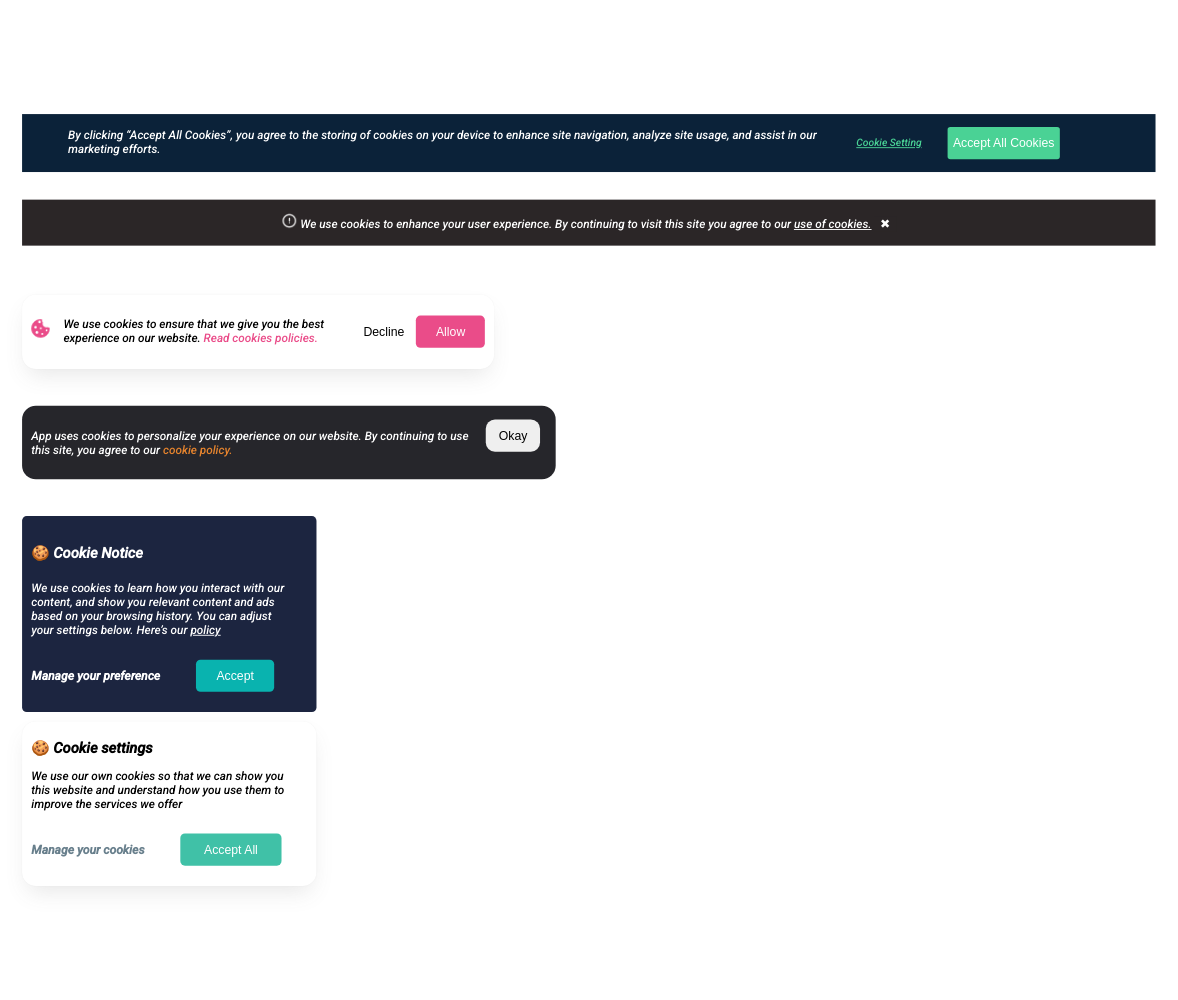
Repository: batonAnton/cursor_cookies_lectr3
Page: index.html
An editor plug-in stored every save of this project. The page is shown before and after the next save, followed by the edit.
The browser window is 1280 px wide. The pictures show the whole page, at 92% of full size.

Above is the page before, as saved 2022-06-01 14:35:02.

### index.html
<!DOCTYPE html>
<html lang="en">
<head>
    <meta charset="UTF-8">
    <meta http-equiv="X-UA-Compatible" content="IE=edge">
    <meta name="viewport" content="width=device-width, initial-scale=1.0">
    <link rel="preconnect" href="https://fonts.googleapis.com">
    <link rel="preconnect" href="https://fonts.gstatic.com" crossorigin>
    <link href="https://fonts.googleapis.com/css2?family=Roboto:ital,wght@1,500&display=swap" rel="stylesheet">
    <link rel="stylesheet" href="/css/style.css">
    <title>Cookie Banner</title>
</head>
<body>
    <div class="container">
        <div class="banner_1">
            <p>By clicking “Accept All Cookies”, you agree to the storing of cookies on your device to enhance site navigation, analyze site usage, and assist in our <br> marketing efforts.</p>
            <a href="#">cookie setting</a>
            <button>accept all cookies</button>
        </div>

        <div class="banner_2">
            <p> <img src="/images/exclamation mark.png" alt="mark"> We use cookies to enhance your user experience. By continuing to visit this site you agree to our <span class="under_span">use of cookies.</span>
                <button><span>&#10006</span></button>
            </div></p>
        </div>

        <div class="banner_3">
            <img src="/images/pink_cookies.png" alt="img cookies">
            <p>We use cookies to ensure that we give you the best <br> experience on our website. <a href="#">Read cookies policies.</a> </p>
            <button class="false_btn">decline</button>
            <button class="true_btn">allow</button>
        </div>

        <div class="banner_4">
            <p>App uses cookies to personalize your experience on our website. By continuing to use <br> this site, you agree to our  <a href="#">cookie policy.</a></p>
            <button>okay</button>
        </div>

        <div class="banner_5">
            <h4>🍪 Cookie Notice</h4>
            <p>We use cookies to learn how you interact with our <br> content, and show you relevant content and ads <br> based on your browsing history. You can adjust <br> your settings below. Here’s our <a href="#">policy</a></p>
            <h5>Manage your preference </h5>
            <button>accept</button>
        </div>

        <div class="banner_6">
            <h4>🍪 Cookie settings</h4>
            <p>We use our own cookies so that we can show you <br> this website and understand how you use them to <br> improve the services we offer</p>
            <h5>Manage your cookies </h5>
            <button>accept all</button>
        </div>
    </div>
</body>
</html>

### css/style.css
body {
  margin: 124px 24px;
  font-family: "Roboto", sans-serif;
}
p {
  font-size: 0.8rem;
}

.banner_1 {
  width: 100%;
  display: inline-flex;
  background-color: #0b2239;
}

.banner_1 p {
  color: #ffffff;
  margin: 15px 15px 15px 50px;
}

.banner_1 a {
  color: #4ad295;
  margin: 25px 28px;
  font-size: 0.7rem;
  text-transform: capitalize;
}

.banner_1 button {
  color: #ffffff;
  background-color: #4ad295;
  margin: 14px 50px 0px 0px;
  height: 35px;
  text-transform: capitalize;
  border-radius: 3px;
  border: none;
  cursor: pointer;
}

.banner_2 {
  width: 100%;
  margin-top: 30px;
  background-color: #2b2627;
  display: inline-flex;
}

.banner_2 p {
  color: #ffffff;
  margin: 15px auto;
}

.banner_2 button {
  border: none;
  color: #ffffff;
  background-color: #2b2627;
}

.under_span {
  text-decoration: underline;
}

.banner_3 {
  display: inline-flex;
  margin-top: 40px;
  margin-bottom: 40px;
  border-radius: 15px;
  padding: 10px;
  background: #ffffff;
  box-shadow: 0px 12px 24px -6px rgba(96, 96, 96, 0.15),
    0px 0px 1px rgba(96, 96, 96, 0.1);
}

.banner_3 p {
  margin: 15px;
}

.banner_3 img {
  height: 20px;
  margin-top: 17px;
}

.banner_3 a {
  color: #ea4c89;
  text-decoration: none;
}

.false_btn {
  background-color: white;
  border: none;
  text-transform: capitalize;
  margin: 13px 0 13px 15px;
  height: 35px;
  width: 70px;
  cursor: pointer;
}

.true_btn {
  background-color: #ea4c89;
  border: none;
  border-radius: 5px;
  text-transform: capitalize;
  margin: 13px 0 13px 0px;
  height: 35px;
  width: 75px;
  color: #ffffff;
  cursor: pointer;
}

.banner_4 {
  background-color: #26262b;
  color: #ffffff;
  border-radius: 15px;
  padding: 10px;
  display: block;
  width: 560px;
  margin-bottom: 40px;
}

.banner_4 p {
  margin: 15px auto;
  display: inline-flex;
}

.banner_4 a {
  display: contents;
  color: #e6842e;
}

.banner_4 button {
  margin-left: 15px;
  border-radius: 10px;
  width: 59px;
  height: 35px;
  text-transform: capitalize;
  border: none;
}

.banner_5,
.banner_6 h4 {
  margin: 10px 0px;
}

.banner_5 {
  width: 300px;
  background-color: #1c2540;
  color: #ffffff;
  padding: 10px;
  border-radius: 5px;
}

.banner_5 a {
  color: #ffffff;
}

h5 {
  display: inline-flex;
}

.banner_5 button {
  background-color: #09b3af;
  border-radius: 5px;
  border: none;
  margin-left: 35px;
  text-transform: capitalize;
  height: 35px;
  width: 85px;
  color: #ffffff;
}

.banner_6 {
  border-radius: 15px;
  padding: 10px;
  background: #ffffff;
  box-shadow: 0px 12px 24px -6px rgba(96, 96, 96, 0.15),
    0px 0px 1px rgba(96, 96, 96, 0.1);
  display: inline-block;
  width: 300px;
}

.banner_6 button {
  background-color: #40c1a7;
  border-radius: 5px;
  border: none;
  margin-left: 35px;
  text-transform: capitalize;
  height: 35px;
  width: 110px;
  color: #ffffff;
}

.banner_6 h5 {
  color: #687f8c;
}

After the next save:
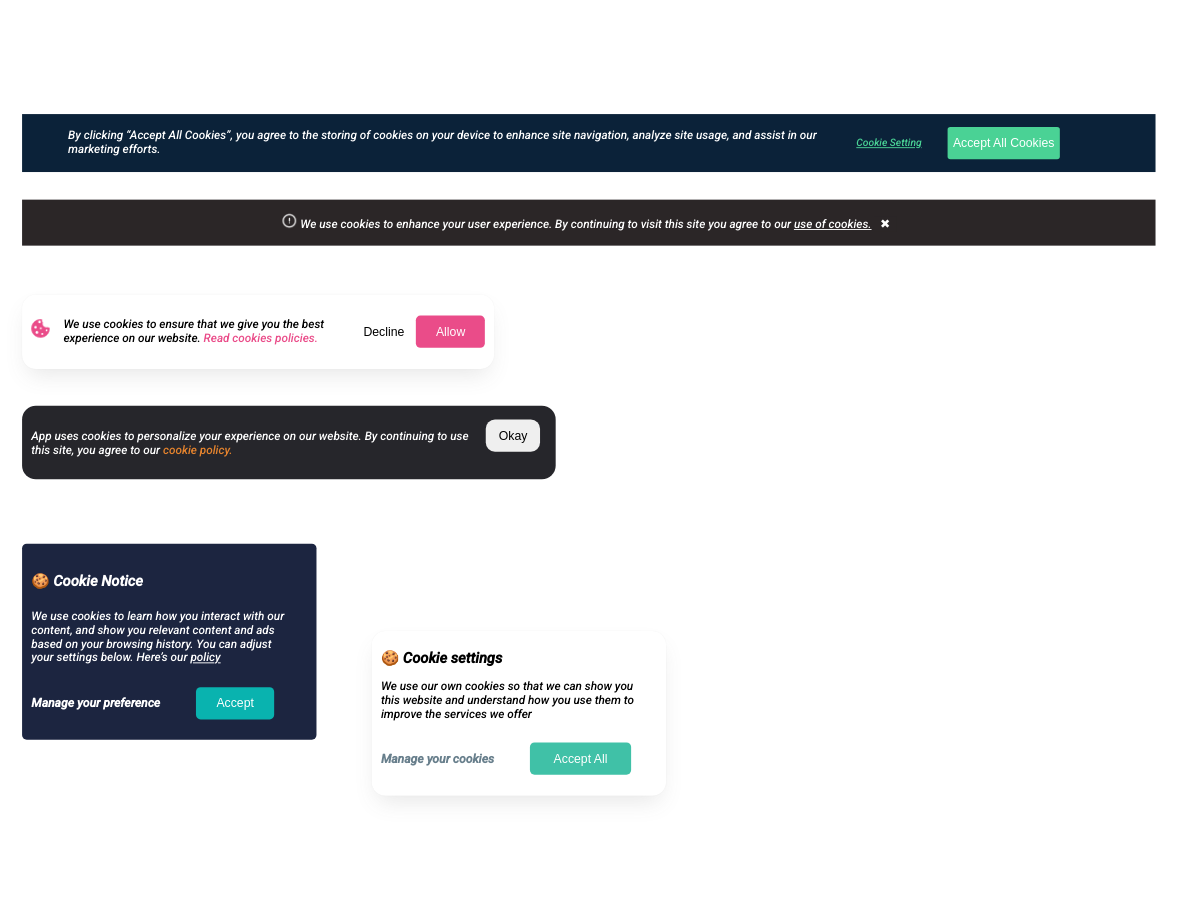
Saved 11 min 9 s later.
--- a/css/style.css
+++ b/css/style.css
@@ -111,7 +111,7 @@ p {
   padding: 10px;
   display: block;
   width: 560px;
-  margin-bottom: 40px;
+  margin-bottom: 70px;
 }
 
 .banner_4 p {
@@ -173,6 +173,8 @@ h5 {
     0px 0px 1px rgba(96, 96, 96, 0.1);
   display: inline-block;
   width: 300px;
+  margin-left: 380px;
+  margin-top: -230px;
 }
 
 .banner_6 button {
